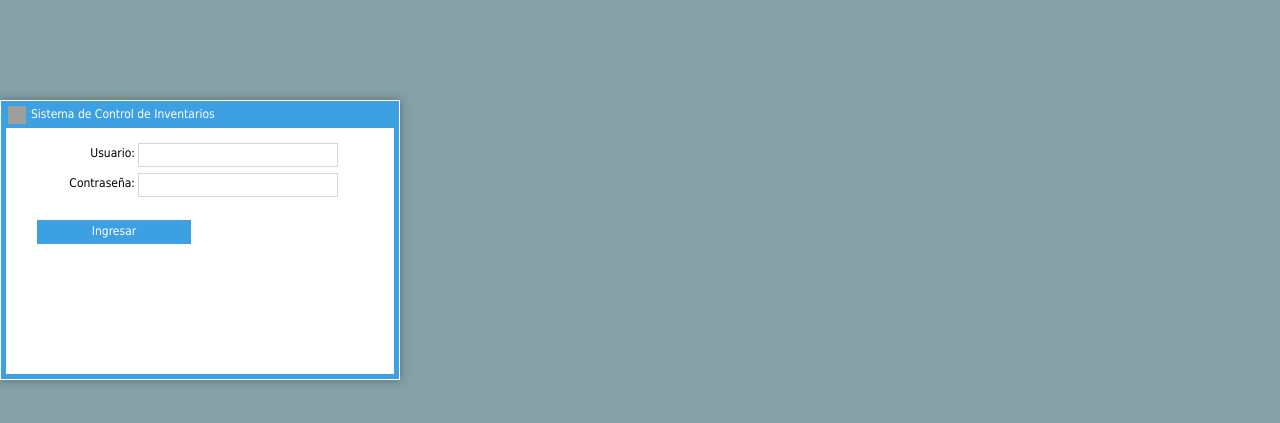
Repository: blessed-skate/InventoryControlSystem
Page: http://localhost/InventoryControlSystemPortal/jsp/login.jsp
The author's editor kept a copy of each file at every save. The page is drawn from the files as they stood at one save, then again after the next save.
The browser window is 1280 px wide. The pictures show the whole page.
Pictures or frames that could not be fetched are drawn as grey boxes. The page is served by Tomcat 9. Nobody is signed in. The application's start-up code is not run.

Above is the page before, as saved 2015-05-23 03:09:48.

After the next save:
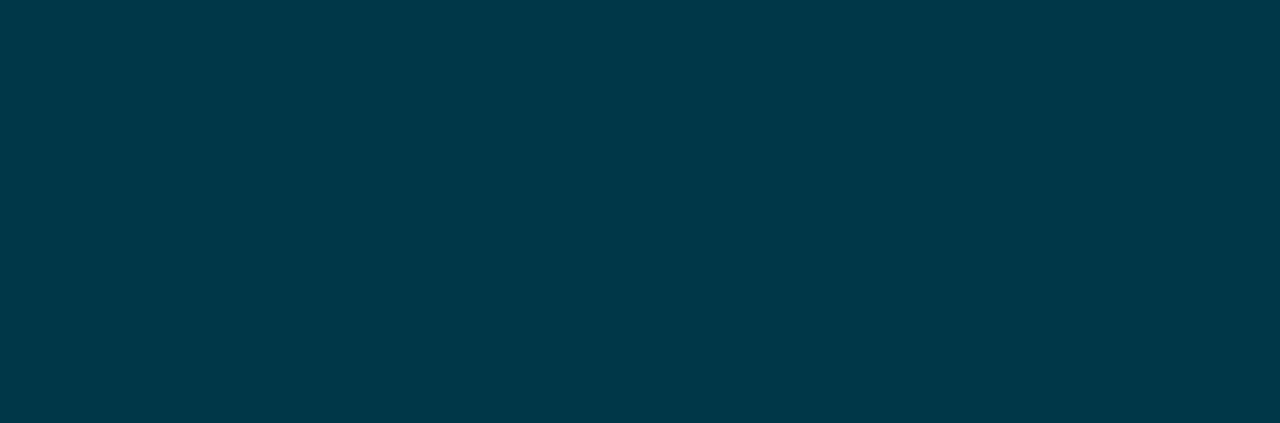
Saved 17 min 25 s later.
--- a/InventoryControlSystemPortal/WebContent/jsp/login.jsp
+++ b/InventoryControlSystemPortal/WebContent/jsp/login.jsp
@@ -38,6 +38,7 @@
 
 		login_form = login_window.attachForm();
 		login_form.loadStruct("xml/login_form.xml");
+
 		login_form.attachEvent("onButtonClick", function(id){
 		    if(id == "login"){
 		    	document.getElementById("username").value = login_form.getItemValue("username");
@@ -55,7 +56,7 @@
 }
 </style>
 </head>
-<body onload="doOnLoad();">
+<body onsload="doOnLoad();">
 	<form action="j_acegi_security_check" method="post" name="login_form_hidden">
 		<input name="username" type="hidden" id="username" />
 		<input name="password" type="hidden" id="password" />

After the 2 saves that followed:
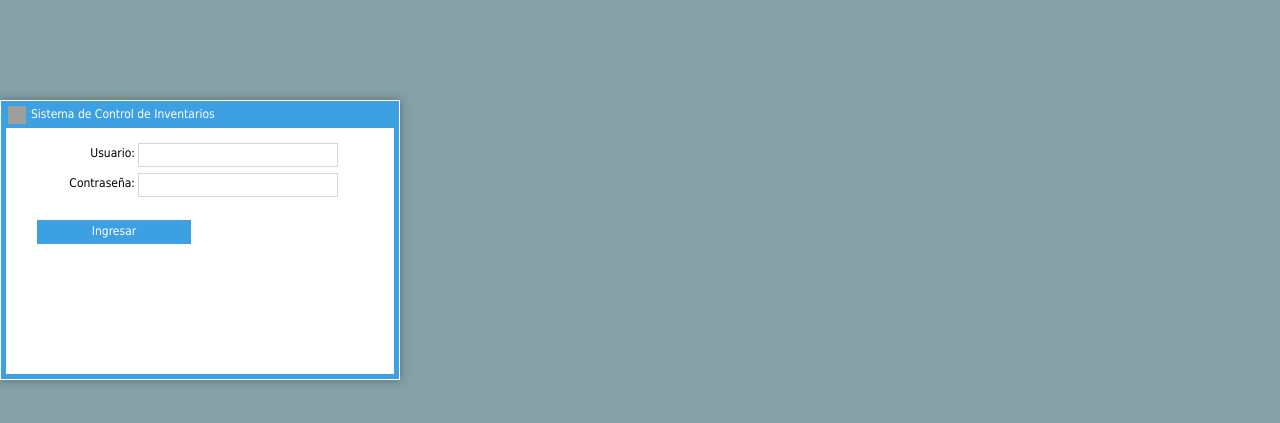
The 2 saves are shown as one change because 1 left the picture as it was.
The last was saved 29 s later.
--- a/InventoryControlSystemPortal/WebContent/jsp/login.jsp
+++ b/InventoryControlSystemPortal/WebContent/jsp/login.jsp
@@ -56,7 +56,7 @@
 }
 </style>
 </head>
-<body onsload="doOnLoad();">
+<body onload="doOnLoad();">
 	<form action="j_acegi_security_check" method="post" name="login_form_hidden">
 		<input name="username" type="hidden" id="username" />
 		<input name="password" type="hidden" id="password" />
